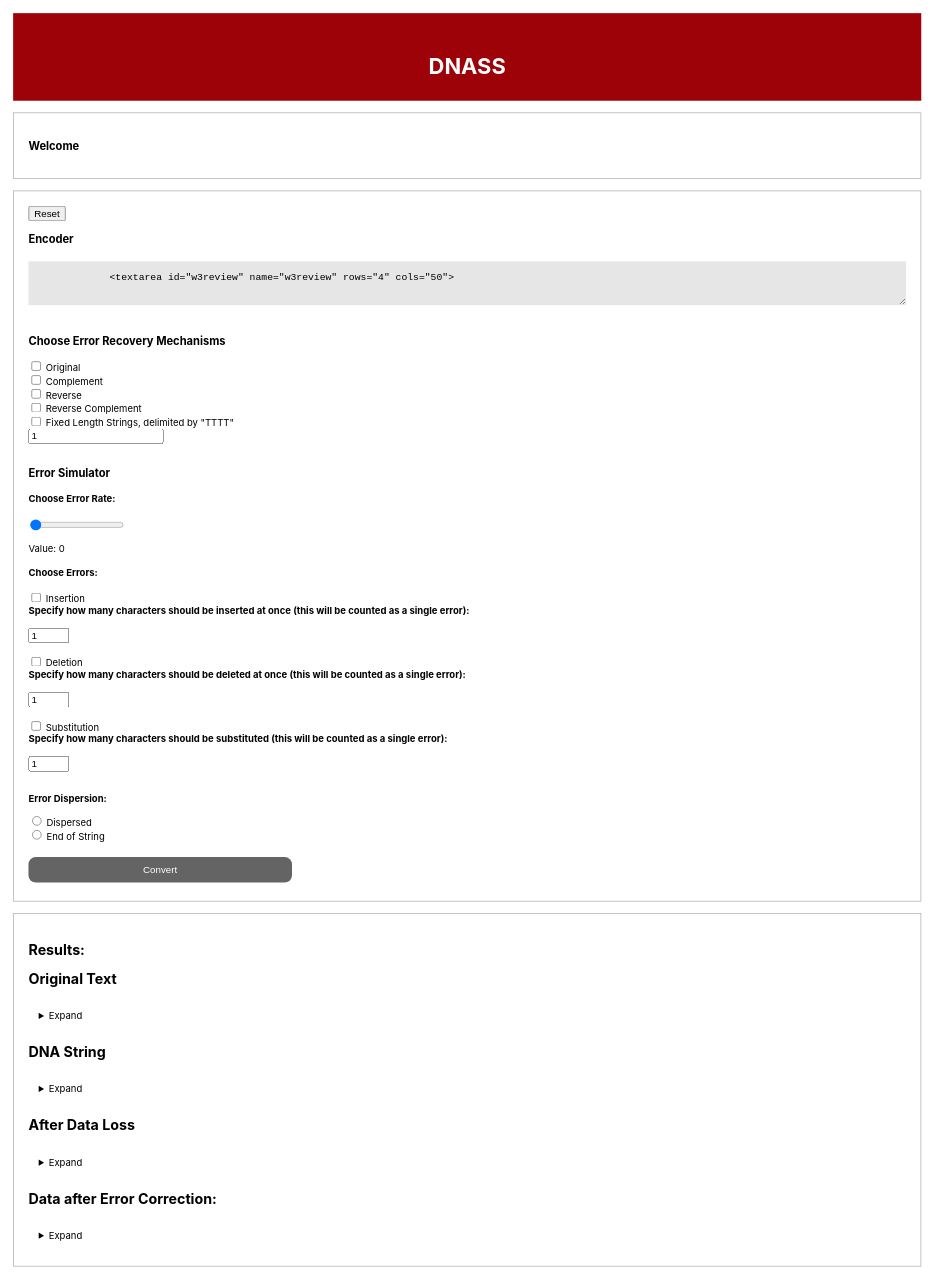
Repository: komalharjani/MSc-Thesis-DNA-Storage
Page: index.html
An editor plug-in stored every save of this project. The page is shown before and after the next save, followed by the edit.
The browser window is 1280 px wide. The pictures show the whole page, at 73% of full size.

Above is the page before, as saved 2020-08-19 21:32:36.

After the next save:
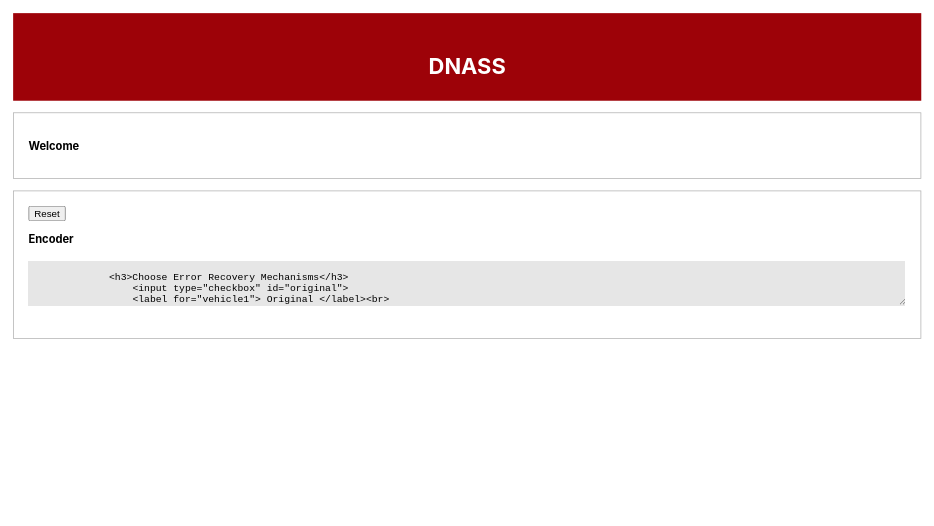
Saved 30 s later.
--- a/index.html
+++ b/index.html
@@ -23,7 +23,6 @@
             <input type="reset" value="Reset" onClick="window.location.reload()">
             <h3>Encoder</h3>
             <textarea placeholder="Text for Conversion" id="inputText" required class="input">
-            <textarea id="w3review" name="w3review" rows="4" cols="50"></textarea>
             <h3>Choose Error Recovery Mechanisms</h3>
                 <input type="checkbox" id="original">
                 <label for="vehicle1"> Original </label><br>

After the save that followed:
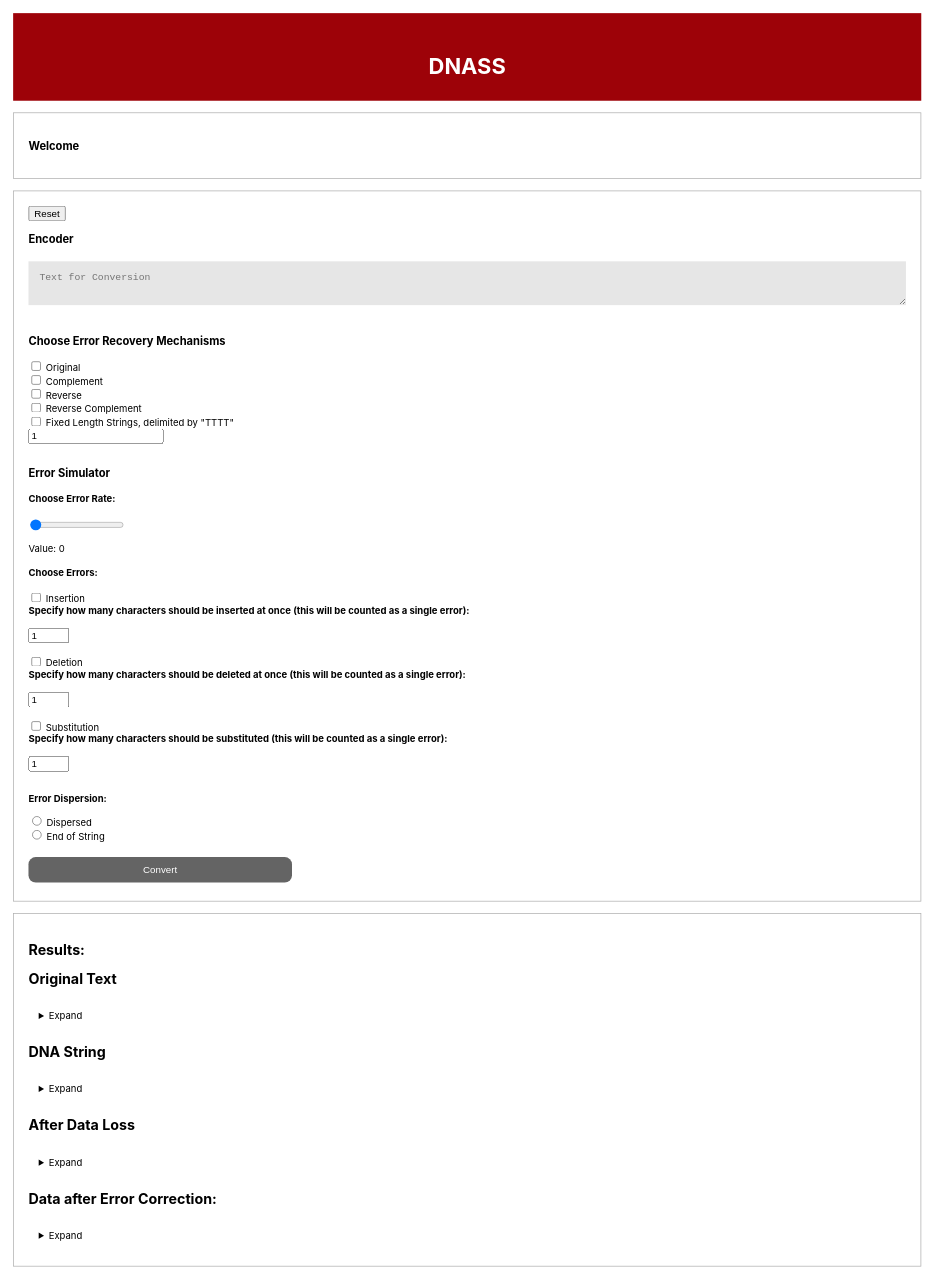
Saved 11 s later.
--- a/index.html
+++ b/index.html
@@ -22,7 +22,7 @@
         <div class="loginContainer">
             <input type="reset" value="Reset" onClick="window.location.reload()">
             <h3>Encoder</h3>
-            <textarea placeholder="Text for Conversion" id="inputText" required class="input">
+            <textarea placeholder="Text for Conversion" id="inputText" required class="input"></textarea>
             <h3>Choose Error Recovery Mechanisms</h3>
                 <input type="checkbox" id="original">
                 <label for="vehicle1"> Original </label><br>
